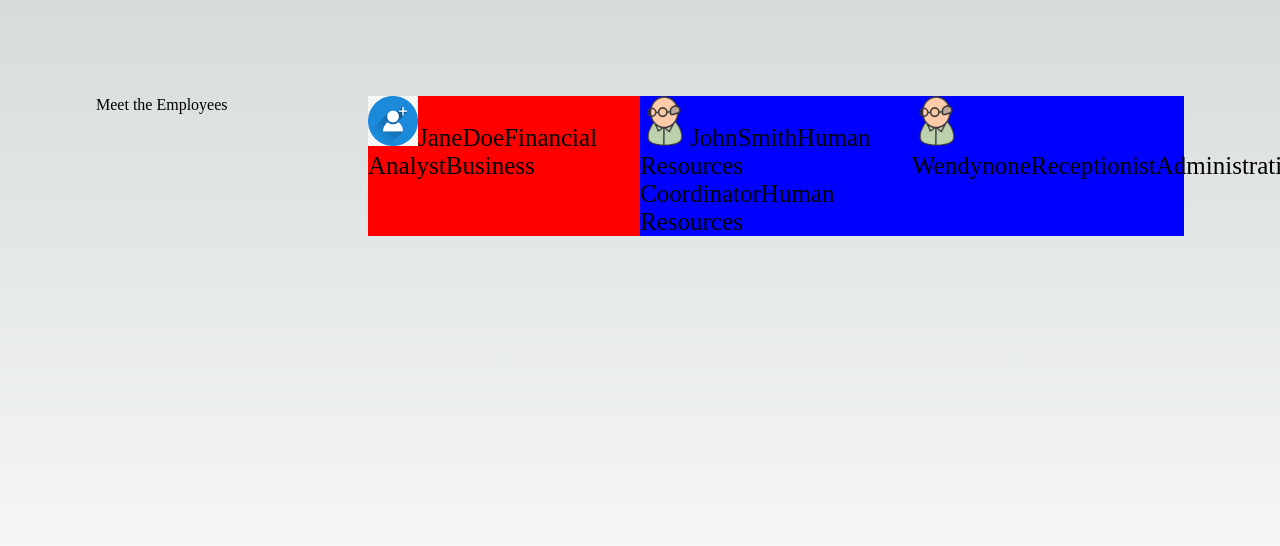
Repository: cheungglenda/MDIA2109-Week3
Page: /about
These files come from the project's save history. The page is drawn as it stood at one moment and after the next save; the edit follows.
The browser window is 1280 px wide. The pictures show the whole page.
The project was rebuilt for these pictures with package versions that can differ from the ones it lists, and the page was loaded fresh each time. The framework's server and built-in components were replaced by stand-ins that run in the browser. Also part of the build but not shown: next.config.js.

Above is the page before, as saved 2023-01-19 17:23:07.

After the next save:
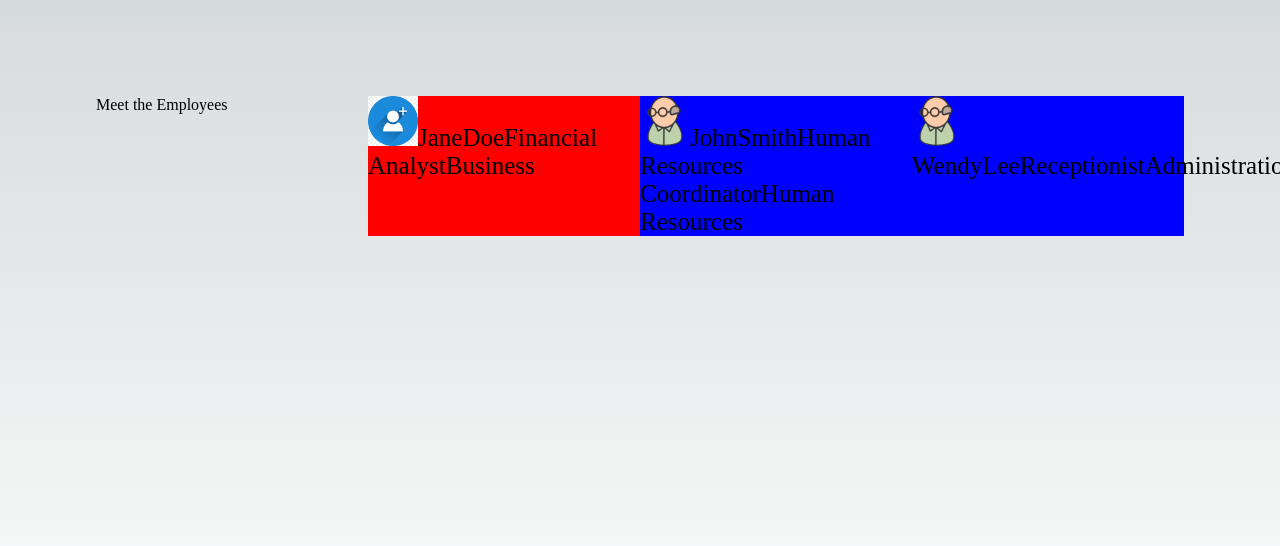
Saved 5 s later.
--- a/pages/about.js
+++ b/pages/about.js
@@ -58,8 +58,10 @@ export default function About() {
               <EmployeeCard
               key={index}
               firstname={info.firstName}
+              lastname={info.lastName}
               jobtitle={info.jobTitle}
               department={info.department}
+              yearsworked={info.yearsWorked}
               color="blue" font="25px"/>
             )
           }
